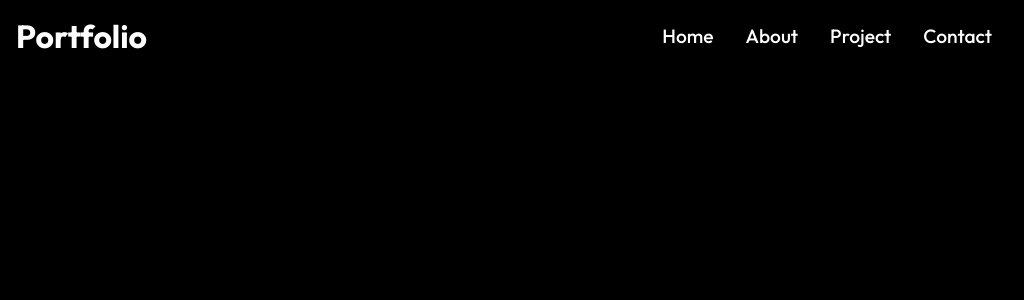
Repository: Hrishabhsinghai/Portfolio
Page: /
The author's editor kept a copy of each file at every save. The page is drawn from the files as they stood at one save, then again after the next save.
The browser window is 1024 px wide. The pictures show the whole page.
The project was rebuilt for these pictures with package versions that can differ from the ones it lists, and the page was loaded fresh each time. Also part of the build but not shown: src/routes/About.js, src/routes/Project.js, src/routes/Contact.js.

Above is the page before, as saved 2023-12-31 21:04:23.

### src/index.css
@import url("https://fonts.googleapis.com/css2?family=Orbitron&family=Outfit:wght@100;200;300;400;500;600;700;800;900&display=swap");
* {
  box-sizing: border-box;
  margin: 0;
  padding: 0;
  font-family: "Outfit", sans-serif;
}

body {
  background: black;
}

h1,
h4,
p,
a {
  color: #fff;
  text-decoration: none;
}

ul {
  list-style-type: none;
}

.btn {
  padding: 12px 32px;
  font-size: 1rem;
  text-transform: uppercase;
  background: rgb(rgb(217, 255, 0), green, blue);
  color: #222;
  border: 1px solid #fff;
  font-weight: 600;
  cursor: pointer;
}

.btn-light {
  background: transparent;
  color: #fff;
}

.btn-hover {
  background: rgba(255, 255, 255, 0.2);
  color: #fff;
  transition: 0.3;
}

### src/App.js
import "./index.css";
import Home from "./routes/Home";
import About from "./routes/About";
import Project from "./routes/Project";
import Contact from "./routes/Contact";
import { Route, Routes } from "react-router-dom";

function App() {
  return (
    <>
      <Routes>
        <Route path="/" element={<Home />} />{" "}
        <Route path="/project" element={<Project />} />{" "}
        <Route path="/About" element={<About />} />{" "}
        <Route path="/Contact" element={<Contact />} />{" "}
      </Routes>{" "}
    </>
  );
}

export default App;

### src/components/Navbar.js
import { Link } from "react-router-dom";
import "./NavbarStyles.css";

import React from "react";

const Navbar = () => {
  return (
    <div className="header">
      <Link to="/">
        {" "}
        <h1> Portfolio </h1>{" "}
      </Link>{" "}
      <ul className="nav-menu">
        <li>
          <Link to="/"> Home </Link>{" "}
        </li>{" "}
        <li>
          <Link to="/About"> About </Link>{" "}
        </li>{" "}
        <li>
          <Link to="/Project"> Project </Link>{" "}
        </li>{" "}
        <li>
          <Link to="/Contact"> Contact </Link>{" "}
        </li>{" "}
      </ul>{" "}
    </div>
  );
};

export default Navbar;

### src/components/NavbarStyles.css
.nav-menu {
  display: flex;
}

.nav-menu li {
  padding: 0 1rem;
}

.nav-menu li a {
  font-size: 1.2rem;
  font-weight: 500;
}

.header {
  display: flex;
  justify-content: space-between;
  align-items: center;
  padding: 1rem;
}

Loaded but not shown: public/index.html (common file); src/index.js (common file); src/routes/Home.js (common file)

After the next save:
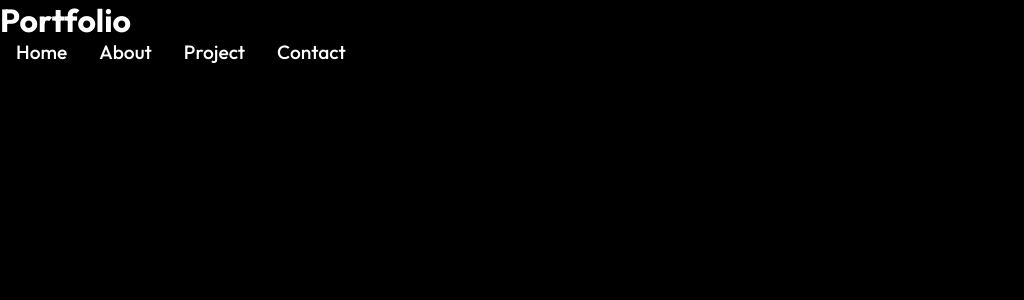
Saved 2 min 25 s later.
--- a/src/components/NavbarStyles.css
+++ b/src/components/NavbarStyles.css
@@ -11,7 +11,7 @@
   font-weight: 500;
 }
 
-.header {
+@media screena and (max-width: 1040px) .header {
   display: flex;
   justify-content: space-between;
   align-items: center;

After the save that followed:
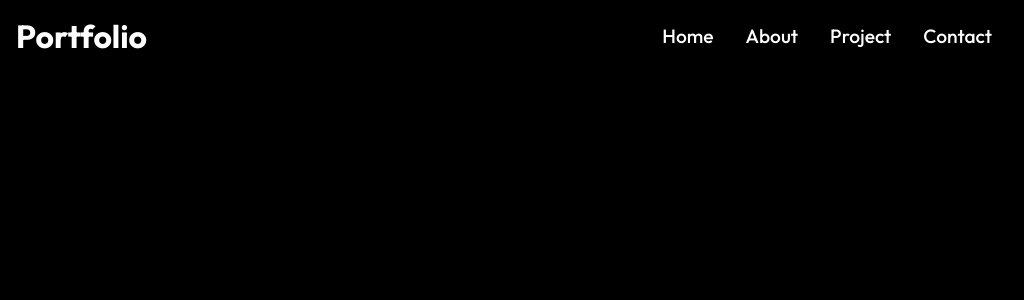
Saved 26 s later.
--- a/src/components/NavbarStyles.css
+++ b/src/components/NavbarStyles.css
@@ -11,7 +11,13 @@
   font-weight: 500;
 }
 
-@media screena and (max-width: 1040px) .header {
+@media screena and (max-width: 1040px) {
+  .nav-menu {
+    flex-direction: column;
+  }
+}
+
+.header {
   display: flex;
   justify-content: space-between;
   align-items: center;
